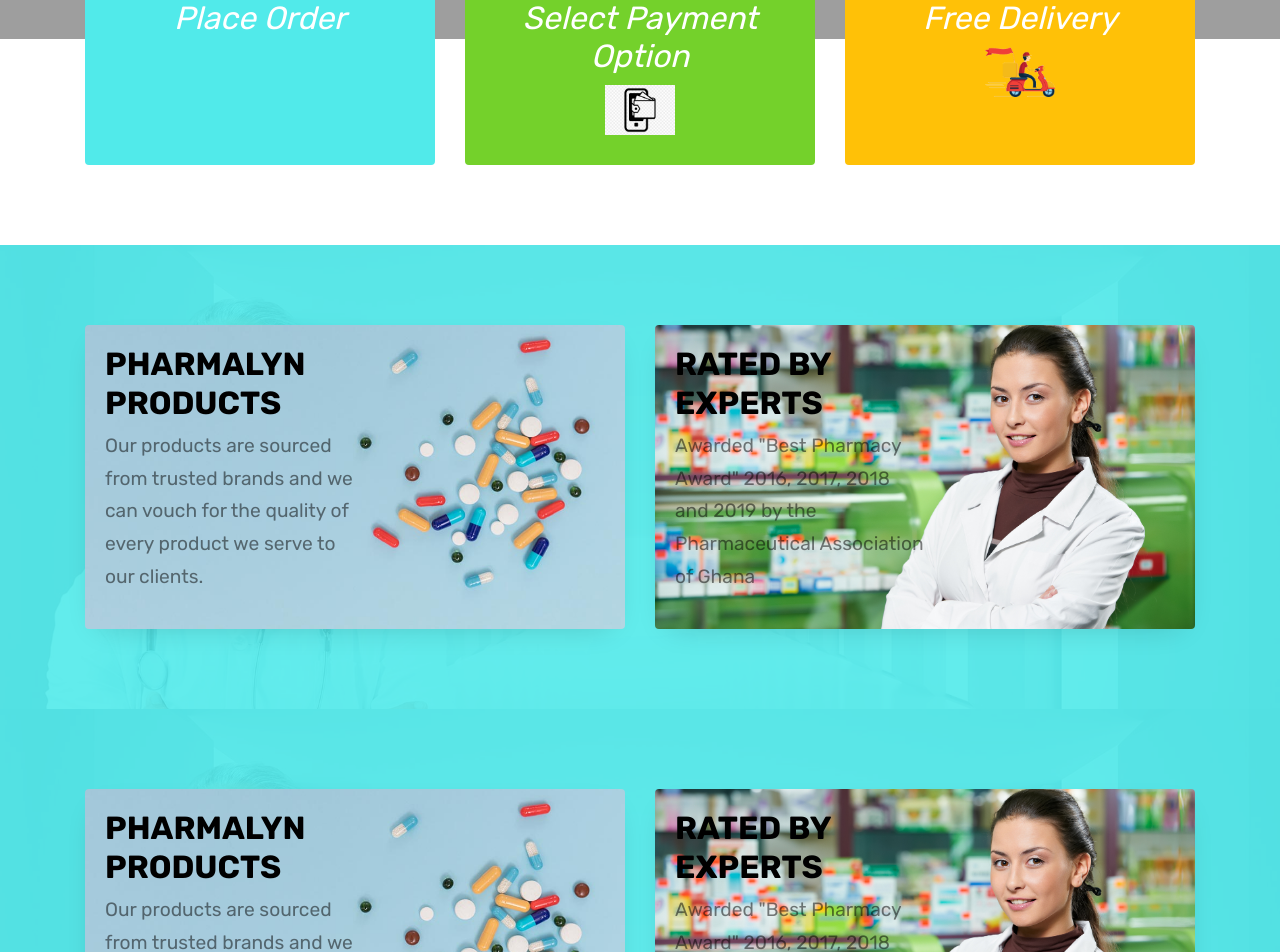
Repository: Nat-A/finalyearproject
Page: pharma/index - Copy.html
These files come from the project's save history. The page is drawn as it stood at one moment and after a run of saves; the edit follows.
The browser window is 1280 px wide. The pictures show the part of the page from y = 763 to 1715 px (the page is 2440 px tall).
Pictures or frames that could not be fetched are drawn as grey boxes.

Above is the page before, as saved 2020-06-03 13:32:08.

After the next 2 saves:
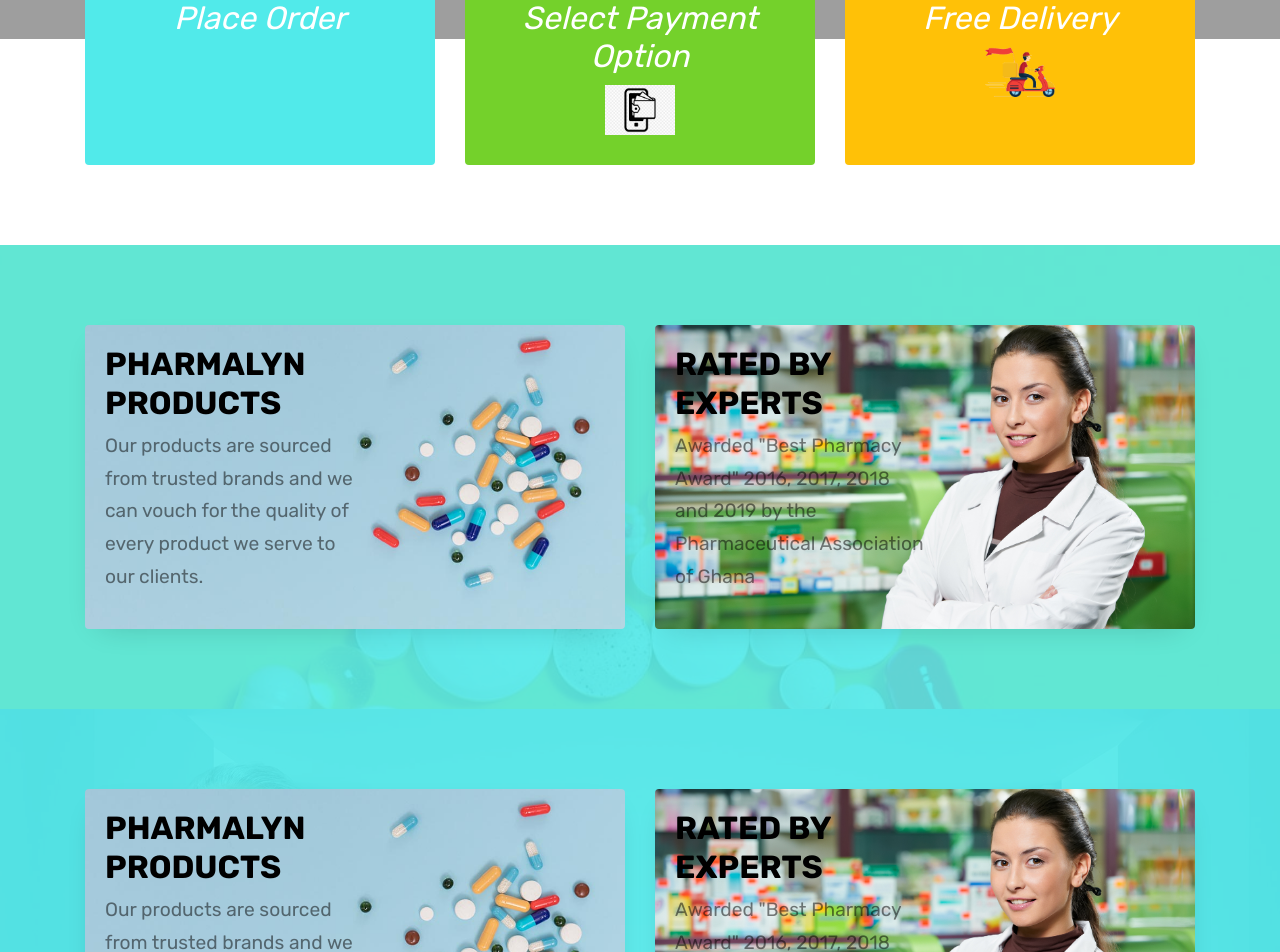
The 2 saves are shown as one change because they came seconds apart.
The last was saved 10 s later.
--- a/pharma/index - Copy.html
+++ b/pharma/index - Copy.html
@@ -133,7 +133,7 @@
 
 
         <!-- site ad -->
-        <div class="site-section bg-secondary bg-image " style="background-image: url( 'images/bg_2.jpg'); ">
+        <div class="site-section bg-secondary bg-image " style="background-image: url( 'images/bg.jpeg'); ">
             <div class="container ">
                 <div class="row align-items-stretch ">
                     <div class="col-lg-6 mb-5 mb-lg-0 ">
